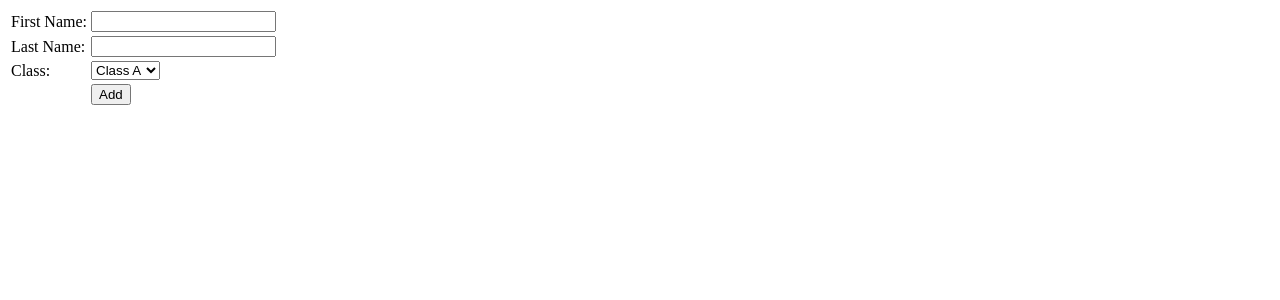
Repository: zshafi01/LearnerAcadamy
Page: http://localhost/LearnerAcadamy/Student.jsp
The author's editor kept a copy of each file at every save. The page is drawn from the files as they stood at one save, then again after the next save.
The browser window is 1280 px wide. The pictures show the whole page.
The page is served by Tomcat 9.

Above is the page before, as saved 2021-02-05 03:24:05.

After the next save:
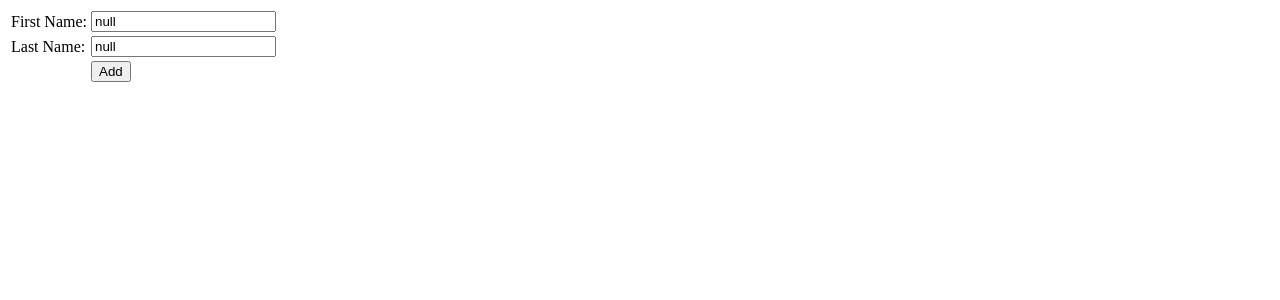
Saved 101 s later.
--- a/LearnerAcadamy/WebContent/Student.jsp
+++ b/LearnerAcadamy/WebContent/Student.jsp
@@ -22,18 +22,10 @@ if(command!=null){
 %>
 <table>
 <tr>
-<td>First Name:</td><td> <input type="text" name="fname"></td>
+<td>First Name:</td><td> <input type="text" name="fname" value=<%=student.getFname() %>></td>
 </tr>
 <tr>
-<td>Last Name: </td><td><input type="text" name="lname"></td>
-</tr>
-<tr>
-<td>
-Class:</td><td><select name="class">
-    <option value="classA">Class A</option>
-    <option value="classB">Class B</option>
-	 <option value="classC">Class C</option>
-</select></td>
+<td>Last Name: </td><td><input type="text" name="lname" value=<%=student.getLname() %>></td>
 </tr>
 <tr>
 <td></td><td><input type="submit" value="Add"></td>
